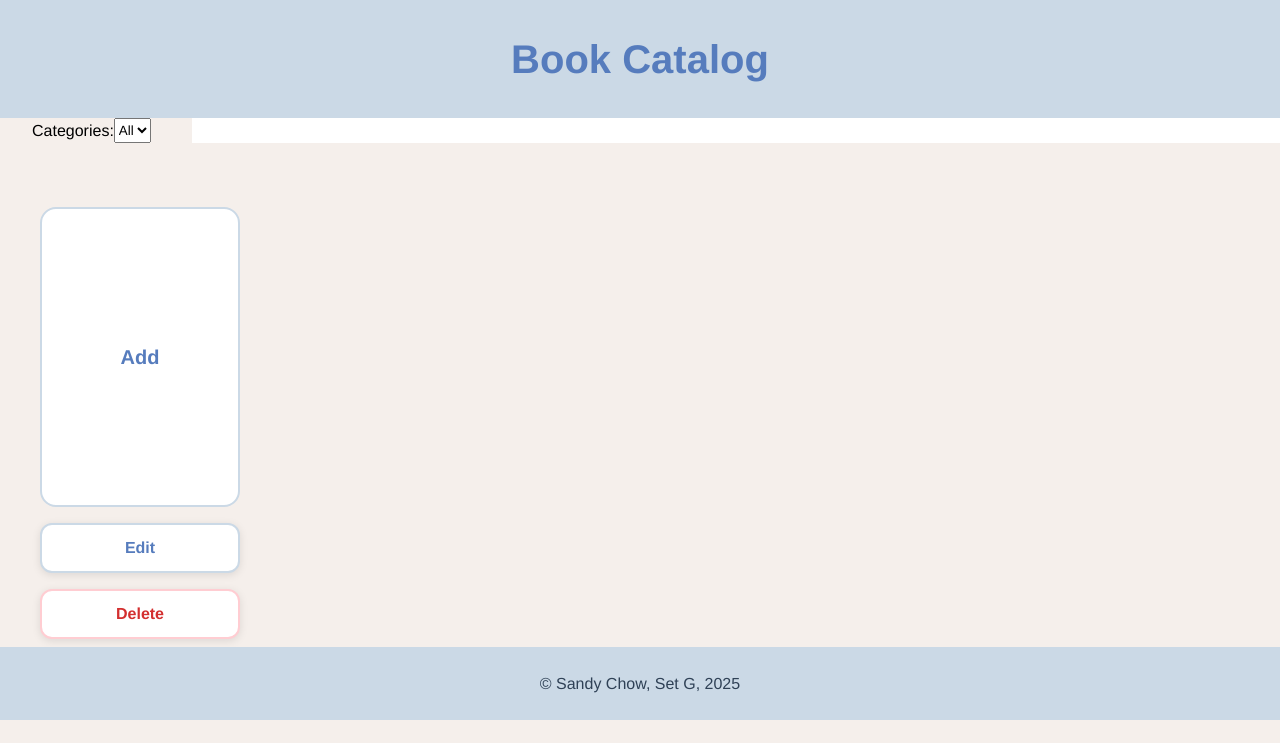
Repository: Bcit-sandy/COMP3170_Lab7
Page: /
An editor plug-in stored every save of this project. The page is shown before and after the next save, followed by the edit.
The browser window is 1280 px wide. The pictures show the whole page.
The project was rebuilt for these pictures with package versions that can differ from the ones it lists, and the page was loaded fresh each time. Also part of the build but not shown: vite.config.js, src/components/Info.jsx, src/components/Book.jsx.

Above is the page before, as saved 2025-10-25 23:43:24.

After the next save:
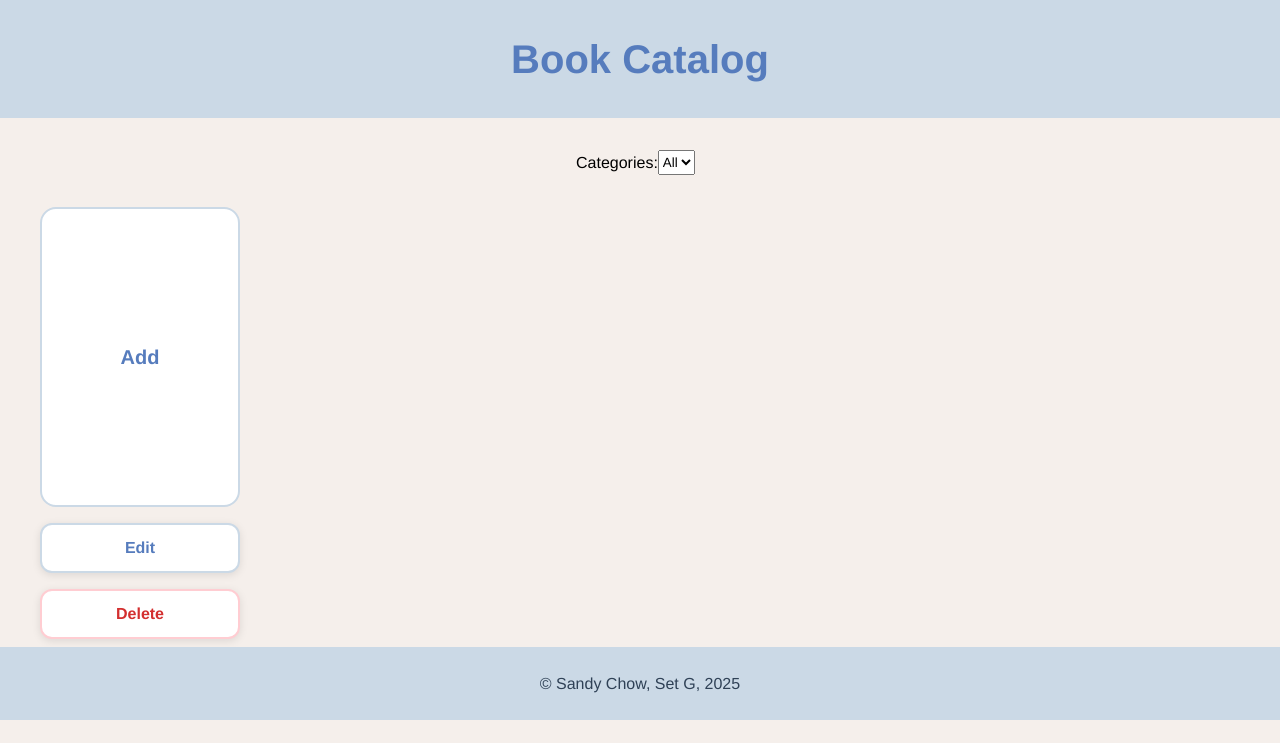
Saved 22 s later.
--- a/src/App.jsx
+++ b/src/App.jsx
@@ -65,9 +65,8 @@ function App() {
        <h1 className="app-name">Book Catalog</h1>
       </header>
 
-      <Filter/>
       <main className="app-main">
-
+        <Filter categories={categories} />
         <div className="app-content-container">
           <div className="add-button-column">
             <Add
